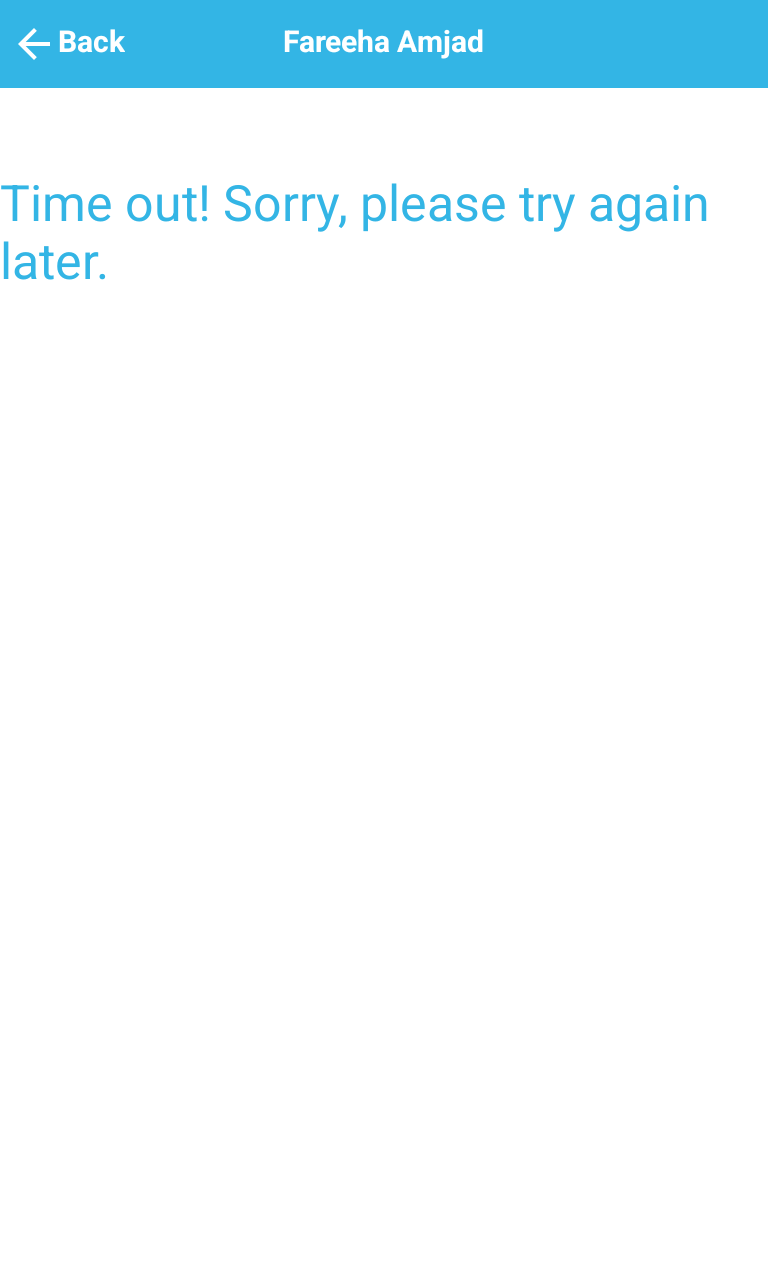
Repository: fareehaamjad/SMI-final
Layout: SecureMobileIdentity/res/layout/sms_activity.xml
These files come from the project's save history. The layout is drawn as it stood at one moment and after the next save; the edit follows.
It is drawn on a 768 x 1280 px phone screen (xhdpi) without system bars, with theme AppTheme; the app's code is not run. Lists and similar views that code fills are empty. The app's manifest (not shown) leaves right-to-left support off. So textAlignment, textDirection and layoutDirection are ignored, and left and right values win over start and end ones.

Above is the layout before, as saved 2015-08-19 15:18:23.

### SecureMobileIdentity/res/layout/sms_activity.xml
<RelativeLayout xmlns:android="http://schemas.android.com/apk/res/android"
    xmlns:tools="http://schemas.android.com/tools"
    android:layout_width="fill_parent"
    android:layout_height="fill_parent"
    android:background="#ffffff"
    android:orientation="vertical" >

    <LinearLayout
        android:id="@+id/ll_top"
        android:layout_width="fill_parent"
        android:layout_height="wrap_content"
        android:layout_above="@+id/ll_bottom"
        android:layout_alignParentTop="true"
        android:orientation="vertical"
        android:visibility="gone" >

        <RelativeLayout
            android:layout_width="fill_parent"
            android:layout_height="wrap_content"
            android:background="#33B5E5"
            android:orientation="horizontal"
            android:paddingBottom="10dp"
            android:paddingLeft="5dp"
            android:paddingTop="10dp" >

            <TextView
                android:layout_width="wrap_content"
                android:layout_height="wrap_content"
                android:layout_alignParentLeft="true"
                android:layout_weight="1"
                android:clickable="true"
                android:drawableLeft="@drawable/ic_arrow_back_white_24dp"
                android:onClick="goBack"
                android:text="Back"
                android:textColor="#ffffff"
                android:textSize="15dp"
                android:textStyle="bold" />

            <TextView
                android:id="@+id/tv_name"
                android:layout_width="wrap_content"
                android:layout_height="wrap_content"
                android:layout_centerHorizontal="true"
                android:layout_weight="1"
                android:text="Fareeha Amjad"
                android:textColor="#ffffff"
                android:textSize="15dp"
                android:textStyle="bold" />
        </RelativeLayout>

        <View
            android:layout_width="match_parent"
            android:layout_height="10dp" />
        <!-- Editext for Search -->

        <LinearLayout
            android:layout_width="fill_parent"
            android:layout_height="wrap_content"
            android:orientation="vertical"
            android:paddingBottom="10dp"
            android:paddingLeft="5dp"
            android:paddingRight="5dp" >

            <ListView
                android:id="@+id/lv_list_view"
                android:layout_width="fill_parent"
                android:layout_height="wrap_content"
                android:layout_alignParentTop="true"
                android:dividerHeight="0dp"
                android:stackFromBottom="true"
                android:transcriptMode="alwaysScroll" />

            <!-- List View -->
        </LinearLayout>
    </LinearLayout>

    <LinearLayout
        android:id="@+id/ll_displayTextFail"
        android:layout_width="fill_parent"
        android:layout_height="fill_parent"
        android:layout_alignParentTop="true"
        android:background="#33B5E5"
        android:orientation="vertical"
        android:paddingLeft="10dp"
        android:paddingRight="10dp"
        android:paddingTop="0dp"
        android:textAlignment="center"
        android:visibility="gone" >

        <TextView
            android:layout_width="wrap_content"
            android:layout_height="wrap_content"
            android:layout_gravity="center_vertical|center"
            android:text="\n\n\nSomething went wrong while exchanging keys. Your keys did not match.\n\nTry again later!"
            android:textAppearance="?android:attr/textAppearanceLarge"
            android:textColor="#ffffff" />
    </LinearLayout>

    <LinearLayout
        android:id="@+id/ll_bottom"
        android:layout_width="fill_parent"
        android:layout_height="wrap_content"
        android:layout_alignParentBottom="true"
        android:background="#F2F2F2"
        android:paddingBottom="10dp"
        android:paddingLeft="5dp"
        android:paddingRight="5dp"
        android:paddingTop="10dp"

        android:visibility="gone" >

        <EditText
            android:id="@+id/et_text"
            android:layout_width="wrap_content"
            android:layout_height="wrap_content"
            android:layout_weight="1"
            android:background="#ffffff"
            android:clickable="false"
            android:ems="10"
            android:hint="Enter Message"
            android:inputType="textMultiLine"
            android:lines="4"
            android:scrollbars="vertical" >

            <requestFocus />
        </EditText>

        <Button
            android:id="@+id/button_send"
            style="?android:attr/buttonStyleSmall"
            android:layout_width="wrap_content"
            android:layout_height="wrap_content"
            android:layout_gravity="center"
            android:layout_weight="1"
            android:onClick="sendMsg"
            android:text="Send" />
    </LinearLayout>

    <LinearLayout
        android:id="@+id/linlaHeaderProgress"
        android:layout_width="fill_parent"
        android:layout_height="fill_parent"
        android:orientation="vertical"
        android:paddingLeft="10dp"
        android:paddingRight="10dp"
        android:paddingTop="20dp"
        android:visibility="gone" >

        <TextView
            android:layout_width="wrap_content"
            android:layout_height="wrap_content"
            android:layout_gravity="center_horizontal"
            android:text="Exchanging keys"
            android:textColor="#33B5E5"
            android:textSize="20dp"
            android:textStyle="bold" />

        <TextView
            android:layout_width="wrap_content"
            android:layout_height="wrap_content"
            android:layout_gravity="center_horizontal"
            android:layout_marginTop="20dp"
            android:paddingTop="10dp"
            android:text="Please wait"
            android:textColor="#33B5E5"
            android:textSize="25sp" />

        <View
            android:layout_width="fill_parent"
            android:layout_height="40dp" />

        <ProgressBar
            android:id="@+id/pbHeaderProgress"
            style="?android:attr/progressBarStyleLarge"
            android:layout_width="wrap_content"
            android:layout_height="wrap_content"
            android:layout_gravity="center"
            android:layout_weight="1" />
    </LinearLayout>


    <LinearLayout
        android:id="@+id/ll_timeOut"
        android:layout_width="fill_parent"
        android:layout_height="fill_parent"
        android:orientation="vertical"
        android:visibility="visible" >

        <RelativeLayout
            android:layout_width="fill_parent"
            android:layout_height="wrap_content"
            android:background="#33B5E5"
            android:orientation="horizontal"
            android:paddingBottom="10dp"
            android:paddingLeft="5dp"
            android:paddingTop="10dp" >

            <TextView
                android:layout_width="wrap_content"
                android:layout_height="wrap_content"
                android:layout_alignParentLeft="true"
                android:layout_weight="1"
                android:clickable="true"
                android:drawableLeft="@drawable/ic_arrow_back_white_24dp"
                android:onClick="goBack"
                android:text="Back"
                android:textColor="#ffffff"
                android:textSize="15dp"
                android:textStyle="bold" />

            <TextView
                android:id="@+id/tv_name2"
                android:layout_width="wrap_content"
                android:layout_height="wrap_content"
                android:layout_centerHorizontal="true"
                android:layout_weight="1"
                android:text="Fareeha Amjad"
                android:textColor="#ffffff"
                android:textSize="15dp"
                android:textStyle="bold" />
        </RelativeLayout>

        <View
            android:layout_width="match_parent"
            android:layout_height="10dp" />


        <TextView
            android:layout_width="wrap_content"
            android:layout_height="wrap_content"
            android:layout_gravity="center_horizontal"
            android:layout_marginTop="20dp"
            android:paddingTop="10dp"
            android:text="Time out! Sorry, please try again later."
            android:textColor="#33B5E5"
            android:textSize="25sp" />

        <View
            android:layout_width="fill_parent"
            android:layout_height="40dp" />

    </LinearLayout>

</RelativeLayout>

### SecureMobileIdentity/res/values/styles.xml
<resources>

    <!--
        Base application theme, dependent on API level. This theme is replaced
        by AppBaseTheme from res/values-vXX/styles.xml on newer devices.

    -->
    <style name="AppBaseTheme" parent="Theme.AppCompat.Light">
        <!--
            Theme customizations available in newer API levels can go in
            res/values-vXX/styles.xml, while customizations related to
            backward-compatibility can go here.

        -->
    </style>

    <!-- Application theme. -->
    <style name="AppTheme" parent="AppBaseTheme">
        <!-- All customizations that are NOT specific to a particular API-level can go here. -->
    </style>

    <style name="chat_text_message_style">
        <item name="android:layout_width">wrap_content</item>
        <item name="android:layout_height">wrap_content</item>
        <item name="android:paddingTop">5dp</item>
        <item name="android:paddingBottom">5dp</item>
        <item name="android:paddingLeft">8dp</item>
        <item name="android:paddingRight">8dp</item>
        <item name="android:textSize">16sp</item>
        <item name="android:textColor">@android:color/black</item>
    </style>

    <style name="chat_timings">
        <item name="android:layout_width">wrap_content</item>
        <item name="android:layout_height">wrap_content</item>
        <item name="android:textSize">12sp</item>
    </style>

</resources>

Loaded but not shown: SecureMobileIdentity/res/values-v11/styles.xml (common file); SecureMobileIdentity/res/values-v14/styles.xml (common file)

After the next save:
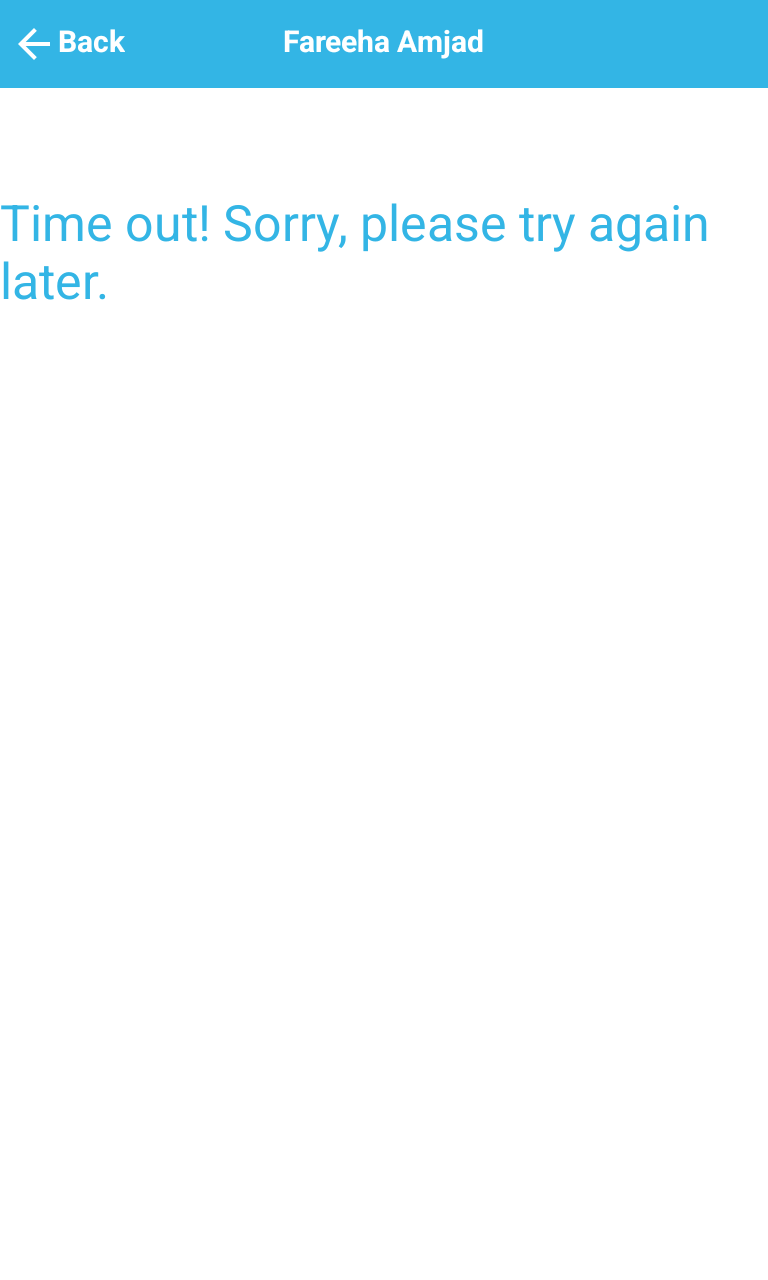
Saved 12 s later.
--- a/SecureMobileIdentity/res/layout/sms_activity.xml
+++ b/SecureMobileIdentity/res/layout/sms_activity.xml
@@ -222,7 +222,7 @@
 
         <View
             android:layout_width="match_parent"
-            android:layout_height="10dp" />
+            android:layout_height="20dp" />
 
 
         <TextView
